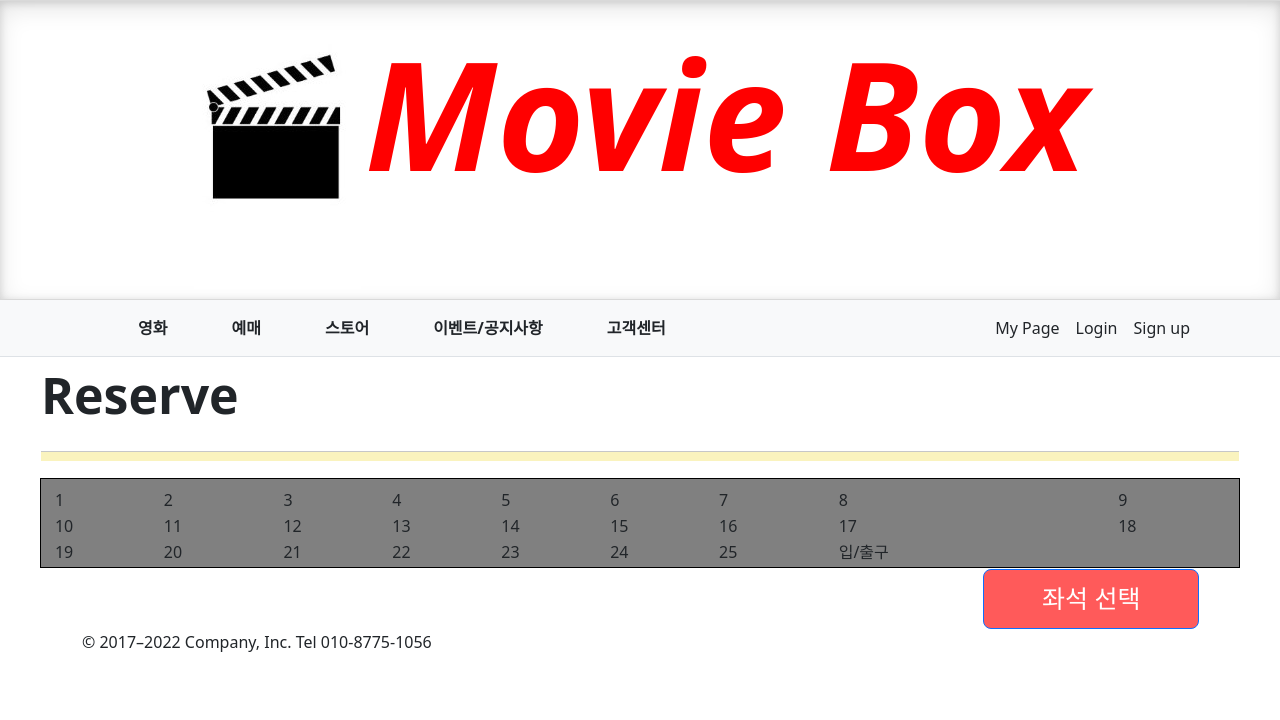
Repository: SpearManCN/MovieBox-2nd-Project-
Page: http://localhost/prj_01/WEB-INF/views/reserveDetail.jsp
These files come from the project's save history. The page is drawn as it stood at one moment and after the next save; the edit follows.
The browser window is 1280 px wide. The pictures show the whole page.
The page is served by Tomcat 9. Nobody is signed in. Other server files are loaded and not shown. The template is opened directly, without the code that normally fills it, so the values that code supplies are empty.

Above is the page before, as saved 2022-12-13 11:44:30.

### Second project/prj_01/src/main/webapp/WEB-INF/views/reserveDetail.jsp
<%@ page language="java" contentType="text/html; charset=UTF-8"
    pageEncoding="UTF-8"%>
        <%@taglib prefix="c" uri="http://java.sun.com/jsp/jstl/core" %>
<!DOCTYPE html>
<html>
<head>
<meta name="viewport" content="width=device-width, initial-scale=1">
<meta charset="UTF-8">
<link href="https://cdn.jsdelivr.net/npm/bootstrap@5.2.3/dist/css/bootstrap.min.css" rel="stylesheet" integrity="sha384-rbsA2VBKQhggwzxH7pPCaAqO46MgnOM80zW1RWuH61DGLwZJEdK2Kadq2F9CUG65" crossorigin="anonymous">

</head>
<body>
<%@include file="/WEB-INF/views/commonHeader.jsp" %>

<center>
<table width="1200px">
	<tr>
	<td align="left"><span style="font-size:50px; font-weight:bold;">Reserve</span>
	<tr>
	<td><hr style="height:10px; background-color:#EDD200;">
	<tr>
</table>
</center>


<table align="center" width="1200px" weight="100px" style="border:1px solid black; background-color:gray;">
	<tr>
	<td></td>
	<td></td>
	<td></td>
	<td></td>
	<td></td>
	<td></td>
	<td></td>
	<td></td>
	<td></td>
	<td></td>
	<td></td>
	<td></td>
	<td></td>
	</tr>
		<tr>
	<td></td>
	<td></td>
	<td></td>
	<td></td>
	<td></td>
	<td></td>
	<td></td>
	<td></td>
	<td></td>
	<td></td>
	<td></td>
	<td></td>
	<td></td>
	</tr>
		<tr>
	<td></td>
	<td></td>
	<td></td>
	<td></td>
	<td></td>
	<td></td>
	<td></td>
	<td></td>
	<td></td>
	<td></td>
	<td></td>
	<td></td>
	<td></td>
	</tr>
		<tr>
	<td></td>
	<td></td>
	<td></td>
	<td></td>
	<td></td>
	<td></td>
	<td></td>
	<td></td>
	<td></td>
	<td></td>
	<td></td>
	<td></td>
	<td></td>
	</tr>
		<tr>
	<td></td>
	<td>1</td>
	<td>2</td>
	<td></td>
	<td>3</td>
	<td>4</td>
	<td>5</td>
	<td>6</td>
	<td>7</td>
	<td></td>
	<td>8</td>
	<td>9</td>
	<td></td>
	</tr>
		<tr>
	<td></td>
	<td>10</td>
	<td>11</td>
	<td></td>
	<td>12</td>
	<td>13</td>
	<td>14</td>
	<td>15</td>
	<td>16</td>
	<td></td>
	<td>17</td>
	<td>18</td>
	<td></td>
	</tr>
		<tr height="55%">
	<td></td>
	<td>19</td>
	<td>20</td>
	<td></td>
	<td>21</td>
	<td>22</td>
	<td>23</td>
	<td>24</td>
	<td>25</td>
	<td></td>
	<td>입/출구</td>
	<td></td>
	<td></td>
	</tr>
		<tr height="15%">
	<td></td>
	<td></td>
	<td></td>
	<td></td>
	<td></td>
	<td></td>
	<td></td>
	<td></td>
	<td></td>
	<td></td>
	<td></td>
	<td></td>
	<td></td>
	</tr>




</table>

<table width="1200px">
<tr><td>
<div align="right"><button onclick="goReserveDetail();" type="button" class="btn btn-primary btn-lg" style="width:18%; height:60px; background-color:#FF5A5A;">
	<span style="font-size:25px; font-weight:; color:white;">좌석 선택</span></button></div></table>



<%@include file="/WEB-INF/views/commonFooter.jsp" %>
</body>
</html>

### Second project/prj_01/src/main/webapp/WEB-INF/views/commonHeader.jsp
<%@ page language="java" contentType="text/html; charset=UTF-8"
    pageEncoding="UTF-8"%>



<script src="/js/jquery-1.11.0.min.js"></script>
<script>
function goLogin(){document.commonForm.action="/loginForm.do";document.commonForm.submit(); }
function goLoginJoin(){document.commonForm.action="/loginJoinForm.do";document.commonForm.submit();}
function goMyPage(){document.commonForm.action="/myPageHome.do";document.commonForm.submit(); }
function goMainForm(){document.commonForm.action="/mainForm.do";document.commonForm.submit(); }
</script>

<form name="commonForm" method="post"></form>
<div style="height:300px; background-color: white; border-width: 1px 0;
        box-shadow: inset 0 .5em 1.5em rgba(0, 0, 0, .1), inset 0 .125em .5em rgba(0, 0, 0, .15);         border: solid rgba(0, 0, 0, .15);
        border-width: 1px 0;" class="b-example-divider" align="center" >

 <span style="cursor:pointer" onclick="goMainForm();"><img src="resources/img/movieBox2.jpg" >
 <Span  style="font-size: 150px; color:red; font-weight: bold ; font-style: italic;" >Movie Box</Span>

 </span></div>

  <nav class="py-2 bg-light border-bottom">
    <div class="container d-flex flex-wrap">
      <ul class="nav me-auto">
      <li class="nav-item">&emsp;&emsp;&emsp;</li>
        <li class="nav-item"><a href="movieHome.do" class="nav-link link-dark px-2 active" aria-current="page" style="font-weight: bold ;" >영화</a></li>
         <li class="nav-item">&emsp;&emsp;&emsp;</li>
        <li class="nav-item"><a href="reserveForm.do" class="nav-link link-dark px-2" style="font-weight: bold ;">예매</a></li>
         <li class="nav-item">&emsp;&emsp;&emsp;</li>
        <li class="nav-item"><a href="/storeForm.do" class="nav-link link-dark px-2" style="font-weight: bold ;">스토어</a></li>
         <li class="nav-item">&emsp;&emsp;&emsp;</li>
        <li class="nav-item"><a href="/eventForm.do" class="nav-link link-dark px-2" style="font-weight: bold ;">이벤트/공지사항</a></li>
          <li class="nav-item">&emsp;&emsp;&emsp;</li>
        <li class="nav-item"><a href="/qnaForm.do" class="nav-link link-dark px-2" style="font-weight: bold ;">고객센터</a></li>

       </ul>
      <ul class="nav">
      <li class="nav-item"><span class="nav-link link-dark px-2" style="cursor:pointer" onclick="goMyPage();">My Page</span></li>
        <li class="nav-item"><span class="nav-link link-dark px-2" style="cursor:pointer" onclick="goLogin();">Login</span></li>
        <li class="nav-item"><span class="nav-link link-dark px-2" style="cursor:pointer" onclick="goLoginJoin();">Sign up</span></li>
      </ul>
    </div>
  </nav>

### Second project/prj_01/src/main/webapp/WEB-INF/views/commonFooter.jsp
<%@ page language="java" contentType="text/html; charset=UTF-8"
    pageEncoding="UTF-8"%>
<!--====================================================================-->
  <footer class="container">
    <p class="float-end"></p>
    <p>&copy; 2017–2022 Company, Inc. Tel 010-8775-1056 </p>
  </footer>

<script src="https://cdn.jsdelivr.net/npm/bootstrap@5.2.3/dist/js/bootstrap.bundle.min.js" integrity="sha384-kenU1KFdBIe4zVF0s0G1M5b4hcpxyD9F7jL+jjXkk+Q2h455rYXK/7HAuoJl+0I4" crossorigin="anonymous"></script>

Loaded but not shown: Second project/prj_01/src/main/resources/static/js/jquery-1.11.0.min.js (library)

After the next save:
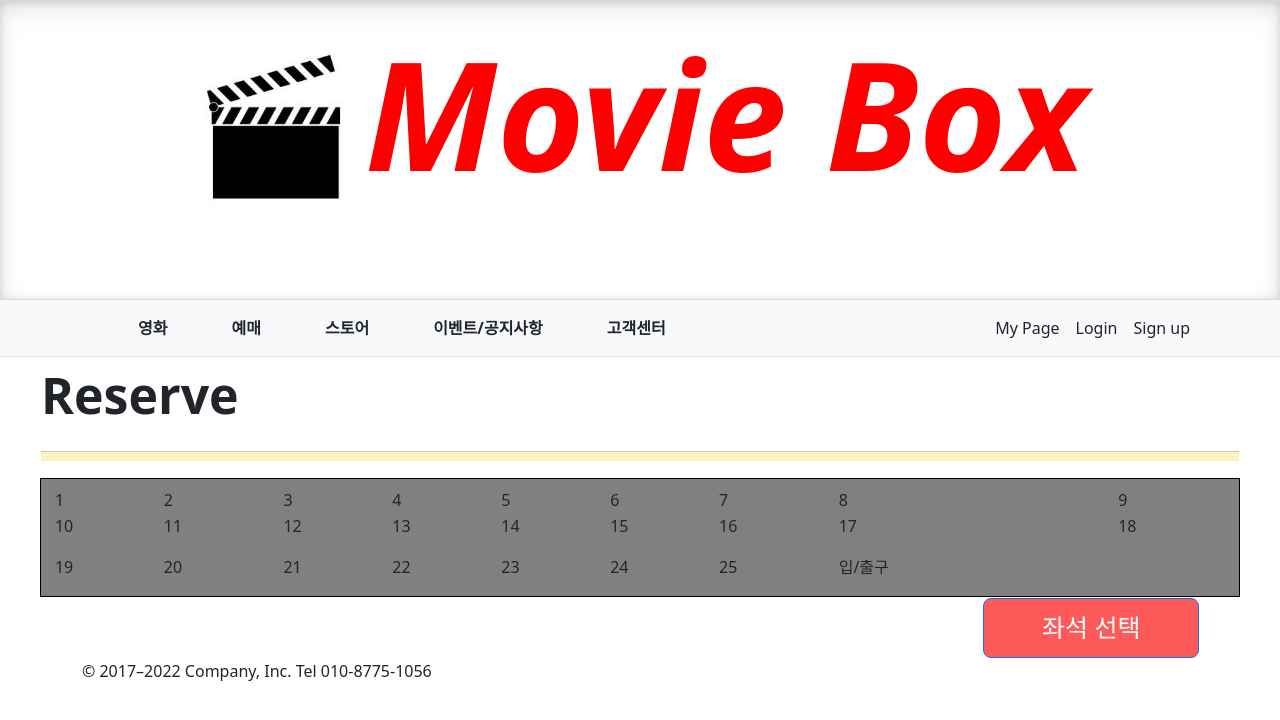
Saved 11 s later.
--- a/Second project/prj_01/src/main/webapp/WEB-INF/views/reserveDetail.jsp
+++ b/Second project/prj_01/src/main/webapp/WEB-INF/views/reserveDetail.jsp
@@ -114,7 +114,7 @@
 	<td>18</td>
 	<td></td>
 	</tr>
-		<tr height="55%">
+		<tr height="55px">
 	<td></td>
 	<td>19</td>
 	<td>20</td>
